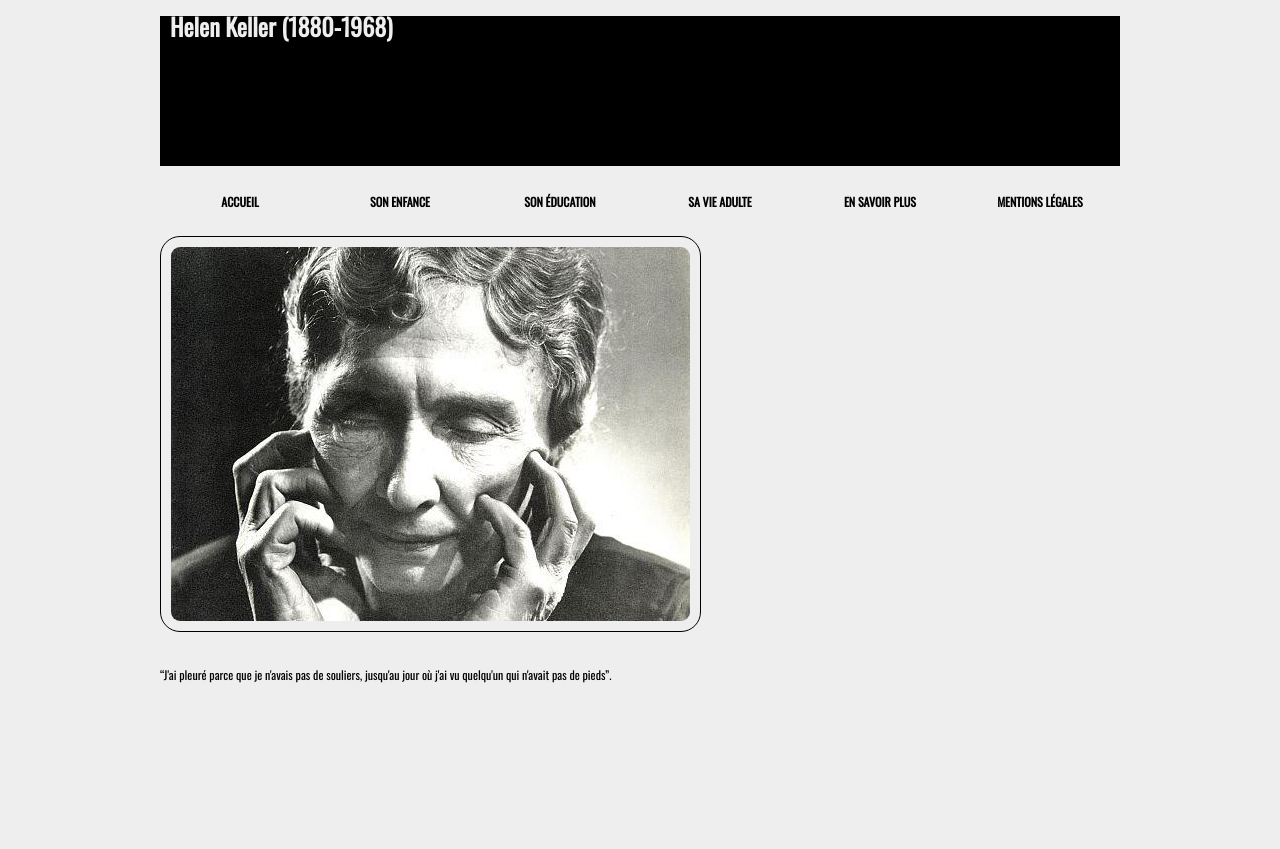
Repository: Luc010/Exercices
Page: HTML CSS/biographie_helen_keller/index.html
An editor plug-in stored every save of this project. The page is shown before and after the next save, followed by the edit.
The browser window is 1280 px wide. The pictures show the whole page.

Above is the page before, as saved 2019-09-04 15:34:37.

### HTML CSS/biographie_helen_keller/index.html
<!DOCTYPE html>
<html lang="fr">
<head>
    <title>Biographie Helen Keller - Accueil</title>
    <meta charset="UTF-8">
    <meta name="viewport" content="width=device-width, initial-scale=1.0">
    <meta http-equiv="X-UA-Compatible" content="ie=edge">
    <link href="style.css" rel="stylesheet">
</head>
<body>
    <header>
        <div class="container">
            <h1>Helen Keller (1880-1968)</h1>
        </div>
    </header>
    <nav>
        <ul>
            <li><a href="index.html">Accueil</a></li>
            <li><a href="enfance.html">Son enfance</a></li>
            <li><a href="education.html">Son éducation</a></li>
            <li><a href="adulte.html">Sa vie adulte</a></li>
            <li><a href="savoirplus.html">En savoir plus</a></li>
            <li><a href="mentions.html">Mentions légales</a></li>
        </ul>
    </nav>
    <main>
        <div class="container">
            <p><img src="img/hk.jpg" alt="helen Keller portrait"></p>
            <p>“J'ai pleuré parce que je n'avais pas de souliers, jusqu'au jour où j'ai vu quelqu'un qui n'avait pas de
                pieds”.
            </p>
        </div>
    </main>
    <footer>
        <div class="container"></div>
    </footer>
</body>
</html>

### HTML CSS/biographie_helen_keller/style.css
@import url('https://fonts.googleapis.com/css?family=Oswald&display=swap');
body{
    margin: 0;
    padding: 0;
    background-color: #eee;
    font-size: 12px;
    font-family: 'Oswald',corbel,calibri,sans-serif;
}
h1{
    background-color: black;
    color: #eee;
    text-indent: 10px;
    height: 150px;
    line-height: 20px;
}
h2{
    color: grey;
    border-bottom: 1px solid black;
}
p{
    /* Pourcentage plus simple à gérer, interligne (utilité: bcp de text) */
    line-height:200%;
}
img{
    border: 1px solid black;
    border-radius: 20px;
    padding: 10px;
}
.container {
    display: flex;
    flex-direction: column;
    min-height: 150px;
    width: 960px;
    margin-left: auto;
    margin-right: auto;
}
nav {
    min-height: 40px;
    position: sticky;
    top: 0;
    width: 960px;
    margin-left: auto;
    margin-right: auto;
}
ul, li {
    margin: 0;
    padding: 0;
    list-style: none;
}
ul {
    display: flex;
}
li {
    width: 100%;
    margin-bottom: 2px;
    height: 40px;
    font-weight: bold;
    text-transform: uppercase;
}
a {
    color: black;
    text-decoration: none;
    display: block;
    height: 40px;
    line-height: 40px;
    text-align: center;
    background-color: #eee;
}
a:hover {
    color: white;
    background-color: black;
}

After the next save:
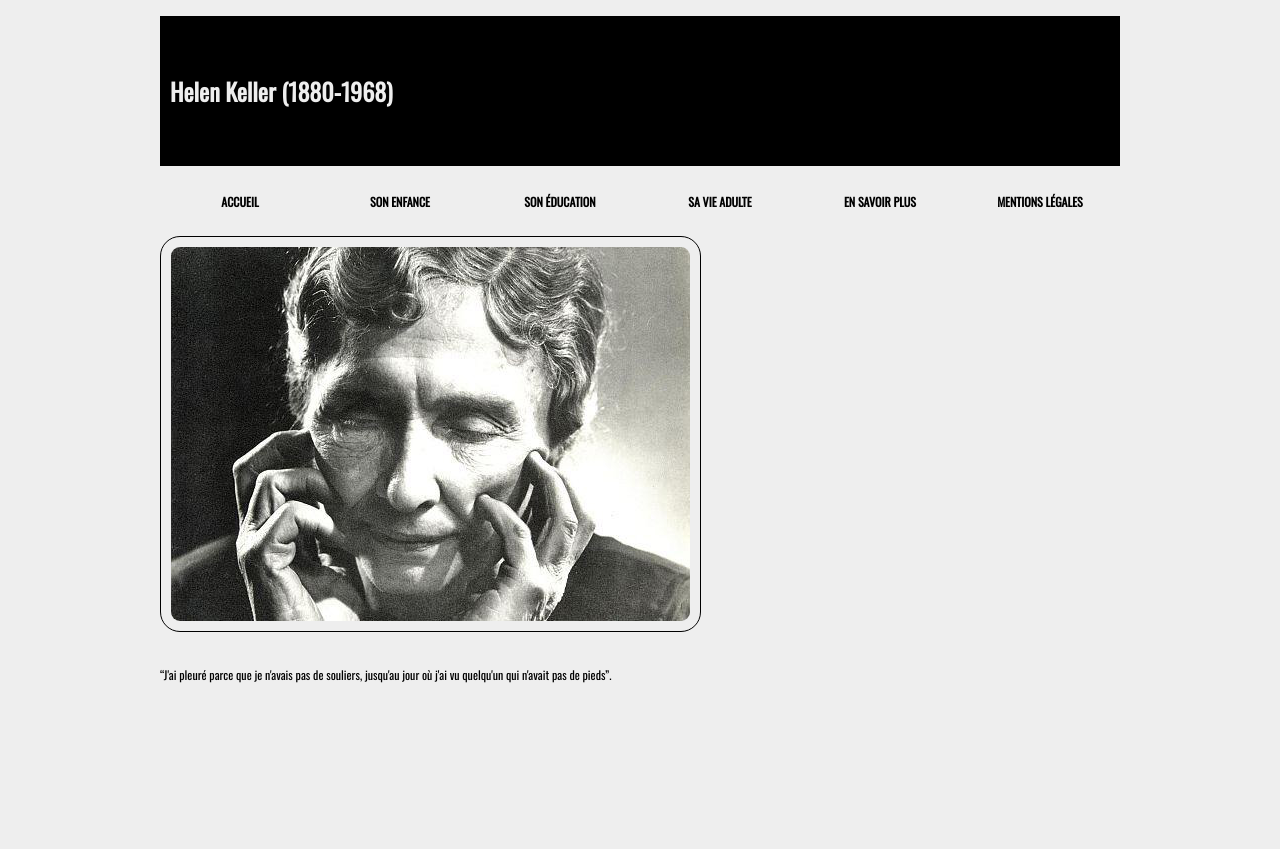
Saved 4 s later.
--- a/HTML CSS/biographie_helen_keller/style.css
+++ b/HTML CSS/biographie_helen_keller/style.css
@@ -11,7 +11,7 @@ h1{
     color: #eee;
     text-indent: 10px;
     height: 150px;
-    line-height: 20px;
+    line-height: 150px;
 }
 h2{
     color: grey;
